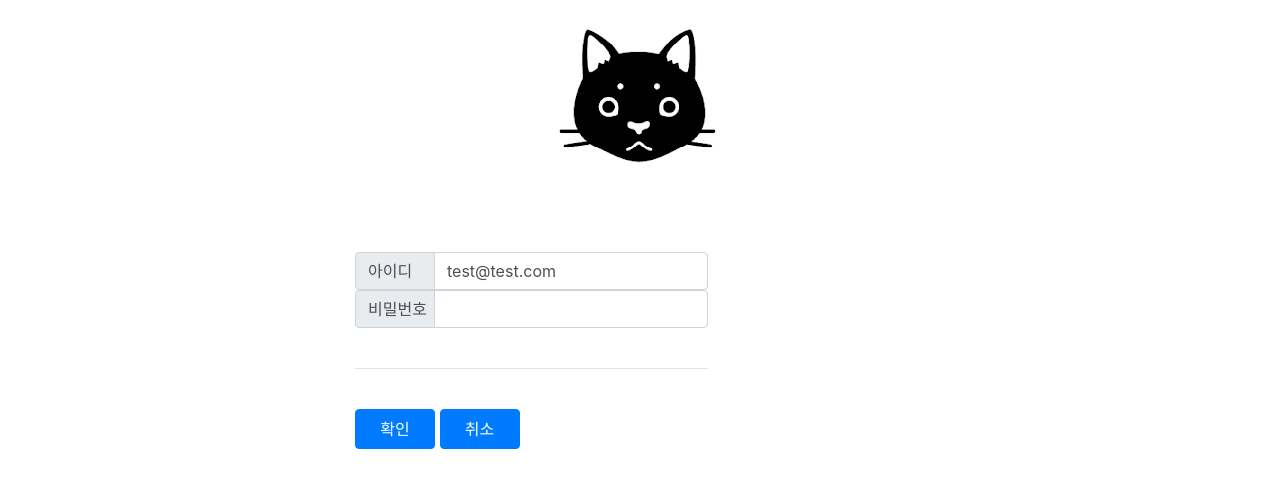
Repository: 0deepsleep/SpringMVCStudy
Page: http://localhost/TestProject/joinCheck.jsp
These files come from the project's save history. The page is drawn as it stood at one moment and after the next save; the edit follows.
The browser window is 1280 px wide. The pictures show the whole page.
The page is served by Tomcat 9.

Above is the page before, as saved 2019-06-14 09:57:39.

After the next save:
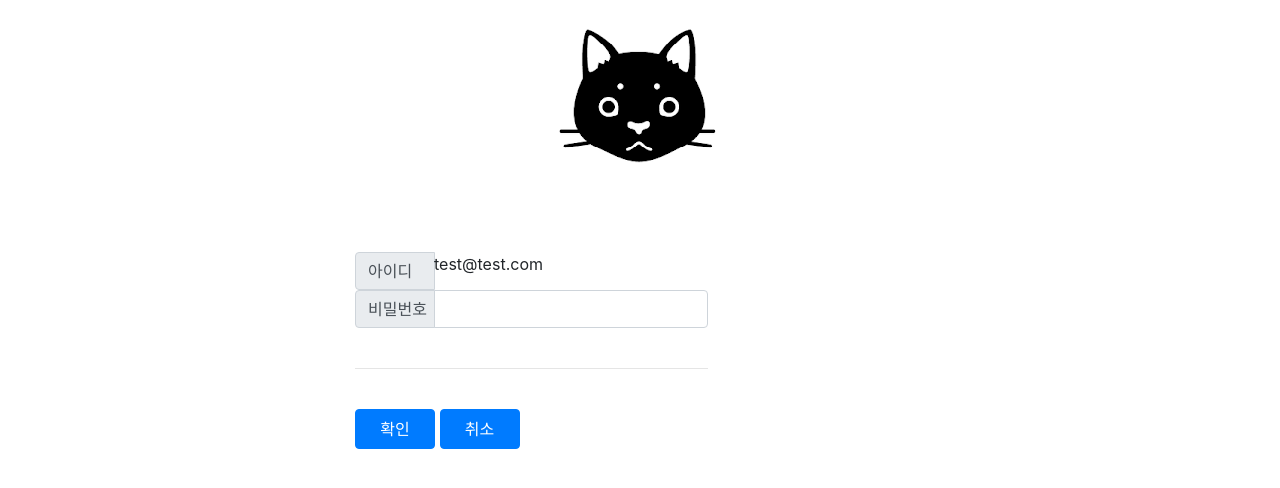
Saved 7 min 1 s later.
--- a/TestProject/WebContent/joinCheck.jsp
+++ b/TestProject/WebContent/joinCheck.jsp
@@ -68,7 +68,7 @@
 	  		<div class="input-group-prepend">
 		    	<span class="input-group-text bolck">아이디</span>
 		    </div>
-		  <span type="text" class="form-control">test@test.com</span>
+		  <span class="text" class="form-control">test@test.com</span>
 		    </div>
 
 		<div class="input-group" id="memberForm">
